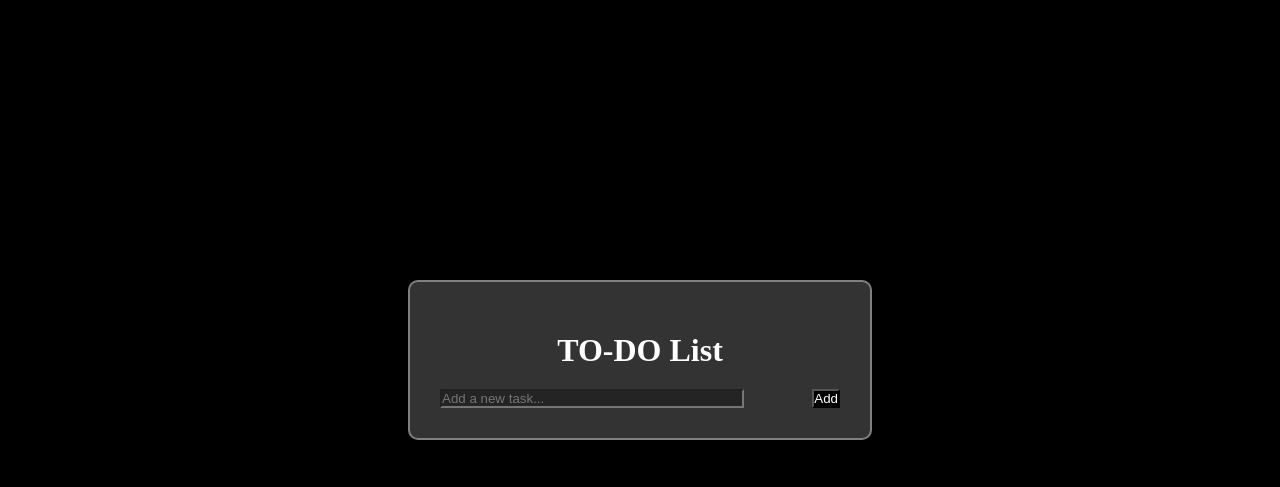
Repository: ksusmitha879-cyber/todo-list
Page: index.html
The author's editor kept a copy of each file at every save. The page is drawn from the files as they stood at one save, then again after the next save.
The browser window is 1280 px wide. The pictures show the whole page.

Above is the page before, as saved 2025-11-28 02:30:52.

### index.html
<!DOCTYPE html>
<html lang="en">
<head>
    <meta charset="UTF-8">
    <meta name="viewport" content="width=device-width, initial-scale=1.0">
    <title>TO-DO List</title>
    <link rel="stylesheet" href="style.css">
</head>
<body>
    <div class="container">
        <h1>TO-DO List</h1>
        <div class="input-container">
            <input type="text" id="todo-input" placeholder="Add a new task..."/>
            <button>Add</button>
        </div>
    </div>
</body>
</html>

### style.css
*{
    margin: 0;
    padding: 0;
    background-color: black;
    color: white;
}

html, body{
    height: 100%;
    display: grid;
    place-items: center;
}
.container{
    padding: 30px;
    background-color: rgb(51, 51, 51);
    width: 400px;
    height: auto;
    border: 2px solid grey;
    border-radius: 10px;
}
h1{
    display: flex;
    align-items: center;
    justify-content: center;
    background-color: rgb(51, 51, 51);
    margin: 20px;
}
.input-container{
    background-color: rgb(51, 51, 51);
    width: 100%;
    display: flex;
    justify-content: space-between;
}
input{
    background-color: #252424;
    color: white;
    width: 75%;
    height: 30%;
}

After the next save:
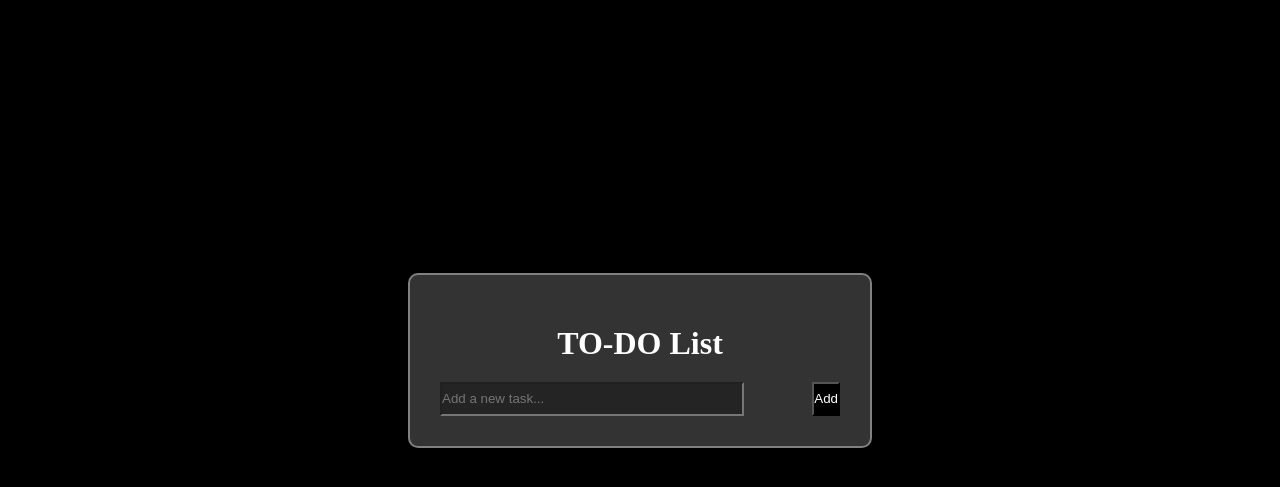
Saved 6 s later.
--- a/style.css
+++ b/style.css
@@ -35,5 +35,5 @@ input{
     background-color: #252424;
     color: white;
     width: 75%;
-    height: 30%;
+    height: 30px;
 }
